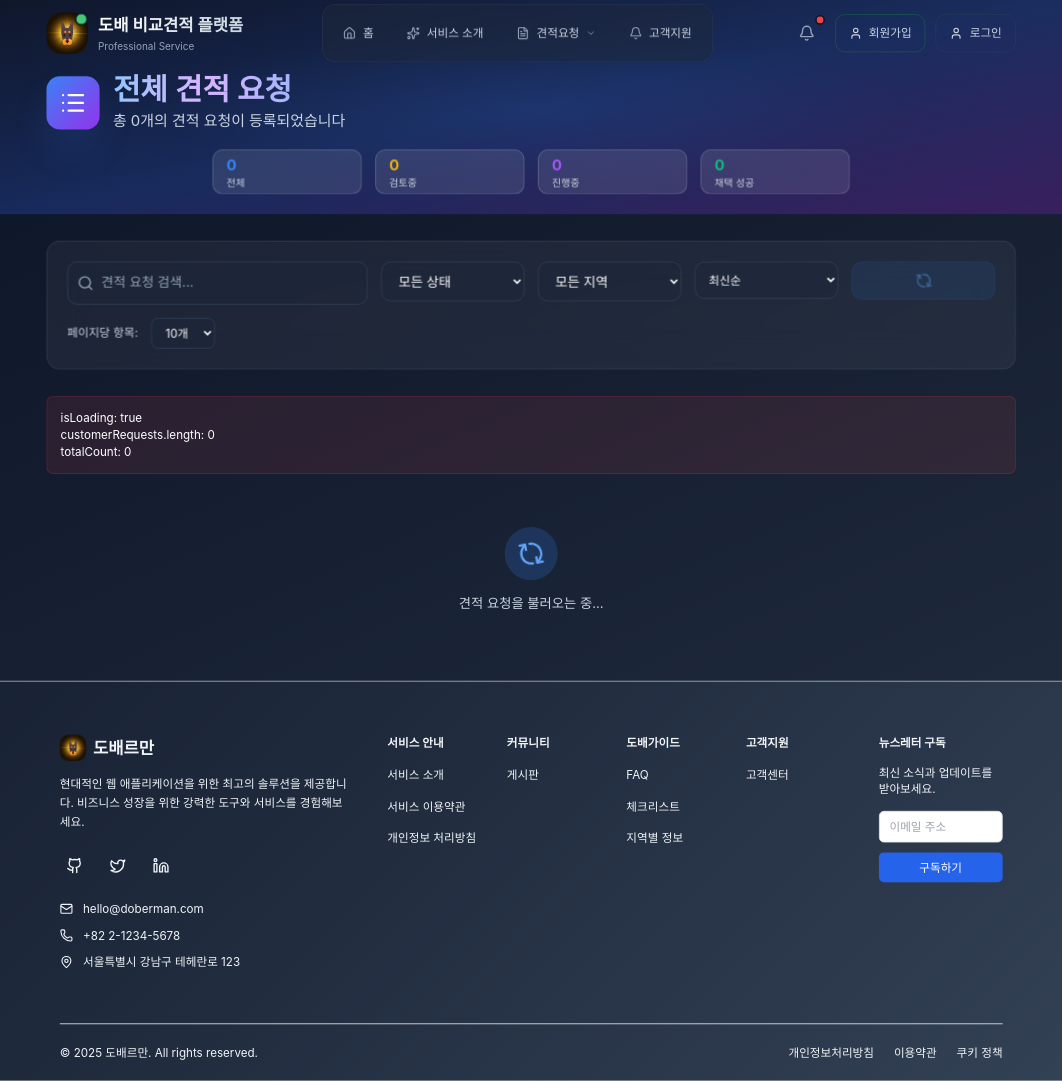
Repository: rambozzang/doberman_nextjs
Page: /quote-request/list
The author's editor kept a copy of each file at every save. The page is drawn from the files as they stood at one save, then again after the next save.
The browser window is 1280 px wide. The pictures show the whole page, at 83% of full size.
The page's requests for data from a server got no answer. The project was rebuilt for these pictures with package versions that can differ from the ones it lists, and the page was loaded fresh each time. The framework's server and built-in components were replaced by stand-ins that run in the browser. No one was signed in, and anything a server would have sent is missing. Also part of the build but not shown: next.config.mjs, next.config.ts, src/components/LoginModal.tsx, src/components/RegisterModal.tsx.

Above is the page before, as saved 2025-06-24 21:26:25.

After the next save:
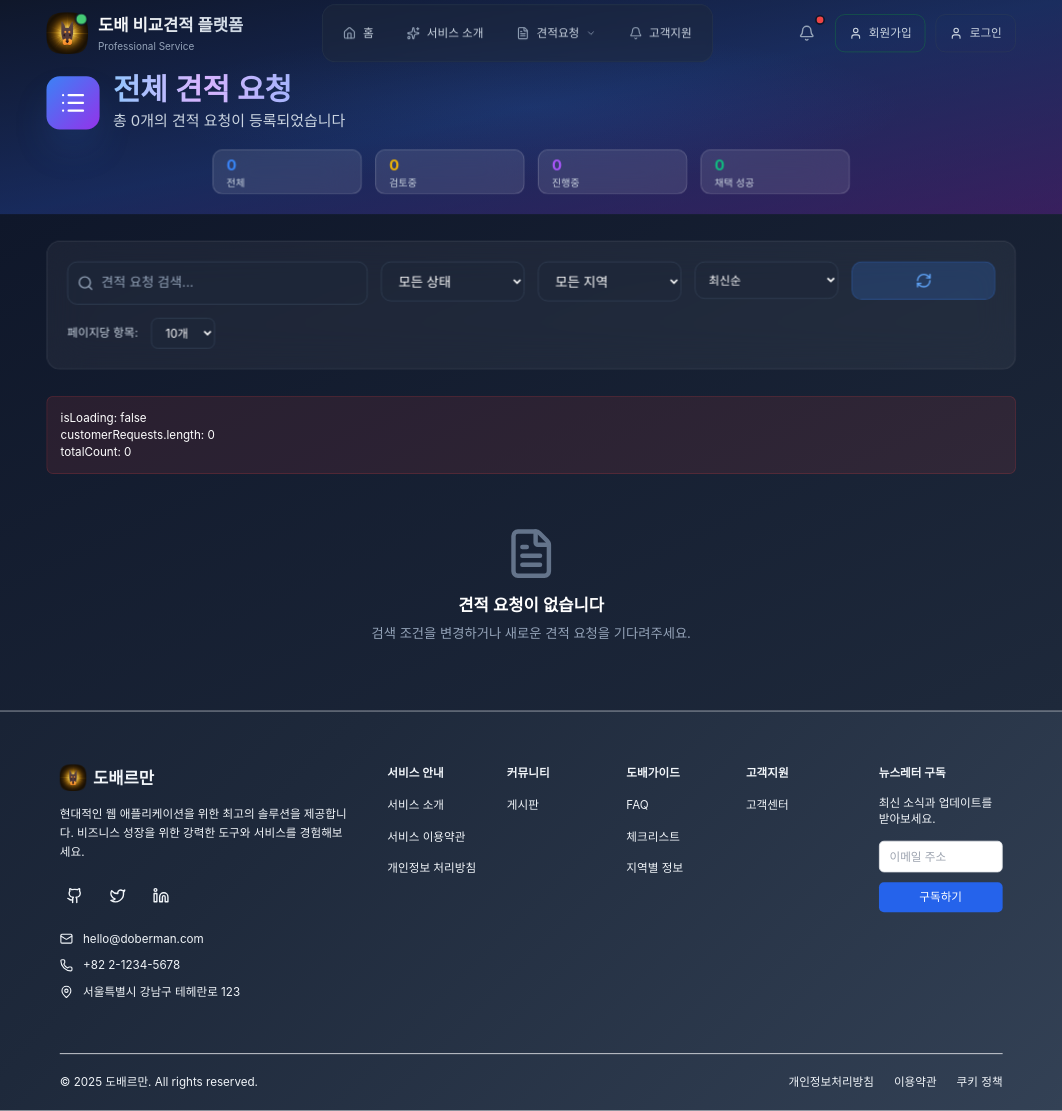
Saved 15 s later.
--- a/src/app/quote-request/list/page.tsx
+++ b/src/app/quote-request/list/page.tsx
@@ -183,6 +183,26 @@ export default function QuoteRequestListPage() {
     }
   }, []);
 
+  // 데이터 로딩 (초기 + 필터 변경 시)
+  useEffect(() => {
+    // 초기 마운트 시에는 즉시 로드
+    if (isInitialMount.current) {
+      isInitialMount.current = false;
+      loadCustomerRequests(0, pageSize, searchTerm, statusFilter, regionFilter, sortBy, sortOrder);
+      return;
+    }
+
+    // 필터 변경 시에는 디바운싱하여 로드
+    const handler = setTimeout(() => {
+      loadCustomerRequests(0, pageSize, searchTerm, statusFilter, regionFilter, sortBy, sortOrder);
+      setCurrentPage(0); // 필터 변경 시 첫 페이지로 이동
+    }, 500);
+
+    return () => {
+      clearTimeout(handler);
+    };
+  }, [searchTerm, statusFilter, regionFilter, sortBy, sortOrder, pageSize, loadCustomerRequests]);
+
   // 페이지 변경
   const handlePageChange = (newPage: number) => {
     if (newPage >= 0 && newPage < totalPages && newPage !== currentPage) {
